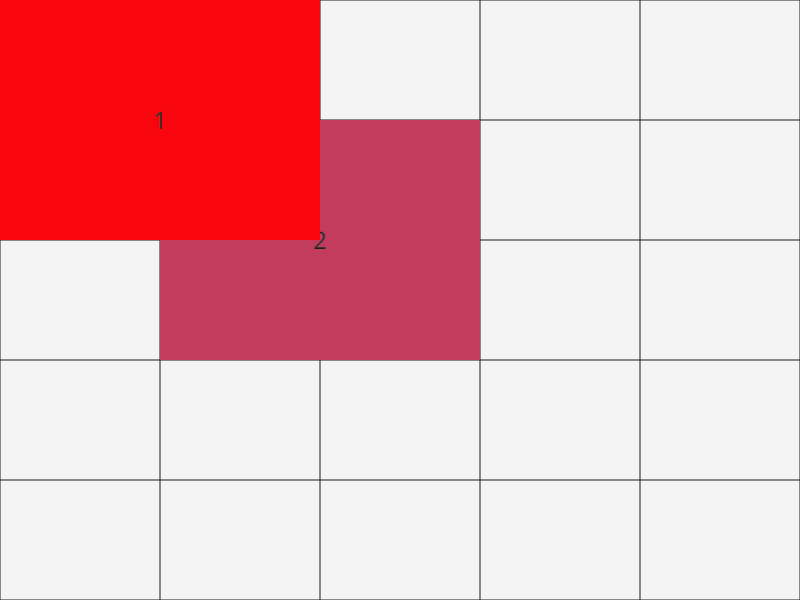
Repository: AlanVidalll/Curso-Java-Completo
Program's window: java exercicios-javafx/src/layout/AppLayout.java
These files come from the project's save history. The program's window is drawn as it stood at one moment and after the next save; the edit follows.
It runs on Java 21 on a 1366 x 768 screen with JavaFX 11; the title bar is not drawn.

Above is the program's window before, as saved 2020-04-11 13:55:32.

### exercicios-javafx/src/layout/AppLayout.java
package layout;

import javafx.application.Application;
import javafx.scene.Parent;
import javafx.scene.Scene;
import javafx.stage.Stage;

public class AppLayout extends Application {

	@Override
	public void start(Stage primaryStage) throws Exception {
		Parent raiz = null;

		raiz = new TesteAnchorPane();
		raiz = new TesteBorderPane();
		raiz = new TesteFlowPane();
		raiz = new TesteGridPane();

		//Scene principal = new Scene(new TesteAnchorPane(),800,600);
		Scene principal = new Scene(raiz,800,600);

		primaryStage.setScene(principal);
		primaryStage.setTitle("Gerenciadores de Layout");
		primaryStage.show();
	}

	public static void main(String[] args) {
		launch(args);
	}

}

### exercicios-javafx/src/layout/TesteGridPane.java
package layout;

import javafx.scene.layout.ColumnConstraints;
import javafx.scene.layout.GridPane;
import javafx.scene.layout.RowConstraints;

public class TesteGridPane extends GridPane {


	public  TesteGridPane() {


		Caixa c1 = new Caixa().comTexto("1");
		Caixa c2 = new Caixa().comTexto("2");
		Caixa c3 = new Caixa().comTexto("3");
		Caixa c4 = new Caixa().comTexto("4");
		Caixa c5 = new Caixa().comTexto("5");
		Caixa c6 = new Caixa().comTexto("6");

		setGridLinesVisible(true);

		getColumnConstraints().addAll(cc(),cc(),cc(),cc(),cc());
		getRowConstraints().addAll(rc(),rc(),rc(),rc(),rc());

		add(c2, 1, 1,2,2);
		add(c1, 0, 0,2,2);
	}

	private ColumnConstraints cc() {

		ColumnConstraints cc = new ColumnConstraints();
		cc.setPercentWidth(20);
		cc.setFillWidth(true);
		return cc;

	}

	private RowConstraints rc() {
	RowConstraints rc = new RowConstraints();
	rc.setPercentHeight(20);
	rc.setFillHeight(true);
	return rc;


	}
}

### exercicios-javafx/src/layout/TesteAnchorPane.java
package layout;

import javafx.geometry.Pos;
import javafx.scene.layout.AnchorPane;
import javafx.scene.layout.HBox;

public class TesteAnchorPane extends AnchorPane {

	public TesteAnchorPane() {

		Quadrado q1 = new Quadrado();
		setTopAnchor(q1, 10.0);
		setLeftAnchor(q1, 10.0);

		Quadrado q2 = new Quadrado();
		setTopAnchor(q2, 10.0);
		setRightAnchor(q2, 10.0);

		Quadrado q3 = new Quadrado();
		setBottomAnchor(q3, 10.0);
		setLeftAnchor(q3, 10.0);

		Quadrado q4 = new Quadrado();
		setBottomAnchor(q4, 10.0);
		setRightAnchor(q4, 10.0);


		HBox centro = new HBox();
		centro.setAlignment(Pos.CENTER);
		setTopAnchor(centro, 110.0);
		setBottomAnchor(centro, 110.0);
		setLeftAnchor(centro, 110.0);
		setRightAnchor(centro, 110.0);

		Quadrado q5 = new Quadrado();
		centro.getChildren().add(q5);

		getChildren().addAll(q1,q2,q3,q4,centro);
	}


}

### exercicios-javafx/src/layout/Quadrado.java
package layout;

import javafx.scene.paint.Color;
import javafx.scene.shape.Rectangle;

public class Quadrado extends Rectangle {

	private static int i = 0;

	private String[] cores = {
			"c33c5e", "39aac6",
			"28d79a", "fb750e",
			"6657a8", "f9060e"

	};

	public Quadrado() {
		this(100, 100);
	}

	public Quadrado(int largura, int altura) {

		setWidth(largura);
		setHeight(altura);

		setFill(Color.web(cores[i]));
		;
		i++;
		if (i == 6)
			i = 0;
	}

}

### exercicios-javafx/src/layout/TesteBorderPane.java
package layout;

import javafx.scene.layout.BorderPane;

public class TesteBorderPane extends BorderPane {

	public TesteBorderPane () {


		Caixa c1 = new Caixa().comTexto("Topo");
		setTop(c1);
		Caixa c2 = new Caixa().comTexto("Esquerda");
		setLeft(c2);
		Caixa c3 = new Caixa().comTexto("Direita");
		setRight(c3);
		Caixa c4 = new Caixa().comTexto("Fundo");
		setBottom(c4);
		Caixa c5 = new Caixa().comTexto("Centro");
		setCenter(c5);
	}
}

### exercicios-javafx/src/layout/Caixa.java
package layout;

import javafx.geometry.Insets;
import javafx.geometry.Pos;
import javafx.scene.control.Label;
import javafx.scene.layout.Background;
import javafx.scene.layout.BackgroundFill;
import javafx.scene.layout.CornerRadii;
import javafx.scene.layout.HBox;
import javafx.scene.paint.Color;
import javafx.scene.text.Font;

public class Caixa extends HBox {

	private static int i = 0;

	private String[] cores = { "c33c5e", "39aac6", "28d79a", "fb750e", "6657a8", "f9060e"

	};

	public Caixa() {
		this(100, 100);
	}

	public Caixa(int largura, int altura) {
		setAlignment(Pos.CENTER);
		setMinWidth(largura);
		setMinHeight(altura);

		BackgroundFill fill =
				new BackgroundFill(Color.web(cores[i]),
						CornerRadii.EMPTY, Insets.EMPTY);
		setBackground(new Background(fill));
		i++;
		if(i == 6) i= 0;
	}

	public Caixa comTexto(String texto) {
		Label label = new Label(texto);
		label.setFont(new Font(24));
		getChildren().add(label);
		return this;
	}

}

### exercicios-javafx/src/layout/TesteFlowPane.java
package layout;

import javafx.geometry.Insets;
import javafx.geometry.Orientation;
import javafx.geometry.Pos;
import javafx.scene.layout.FlowPane;

public class TesteFlowPane extends FlowPane {


	public TesteFlowPane() {

		Quadrado q1 = new Quadrado();
		Quadrado q2 = new Quadrado();
		Quadrado q3 = new Quadrado();
		Quadrado q4 = new Quadrado();
		Quadrado q5 = new Quadrado();

		setHgap(10.0);
		setVgap(10.0);
		setPadding(new Insets(10));

		setOrientation(Orientation.VERTICAL);
		setAlignment(Pos.CENTER_RIGHT);

		getChildren().addAll(q1,q2,q3,q4,q5);



	}

}

After the next save:
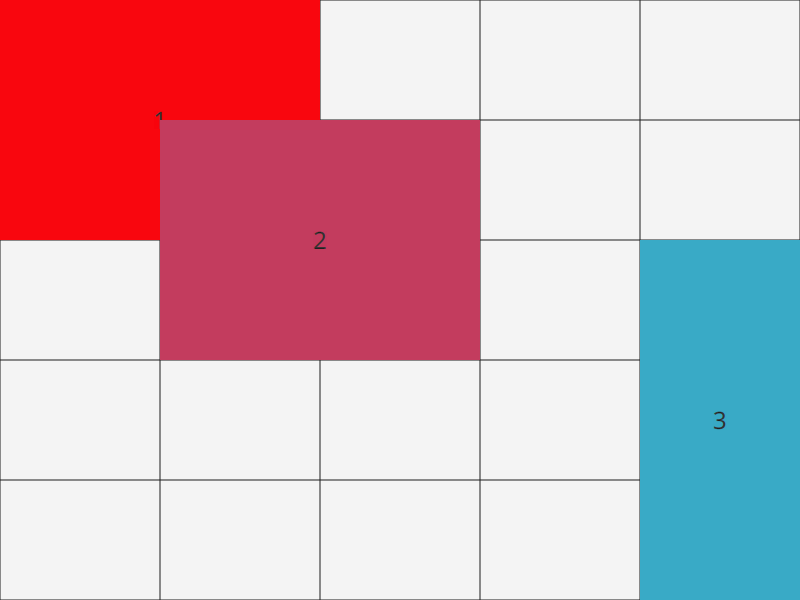
Saved 57 s later.
--- a/exercicios-javafx/src/layout/TesteGridPane.java
+++ b/exercicios-javafx/src/layout/TesteGridPane.java
@@ -22,8 +22,9 @@
 		getColumnConstraints().addAll(cc(),cc(),cc(),cc(),cc());
 		getRowConstraints().addAll(rc(),rc(),rc(),rc(),rc());
 
+		add(c1, 0, 0,2,2);
 		add(c2, 1, 1,2,2);
-		add(c1, 0, 0,2,2);
+		add(c3, 4, 2,1,3);
 	}
 
 	private ColumnConstraints cc() {
